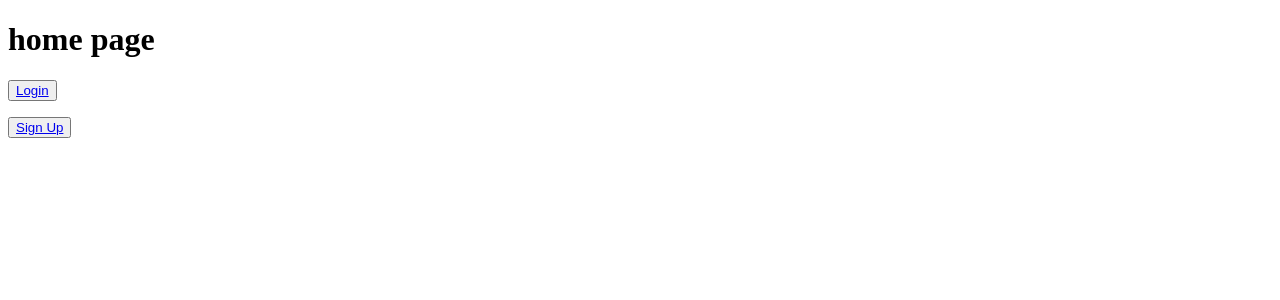
Repository: Styner-JEON/event
Page: / (app in frontend/)
These files come from the project's save history. The page is drawn as it stood at one moment and after a run of saves; the edit follows.
The browser window is 1280 px wide. The pictures show the whole page.
The project was rebuilt for these pictures with package versions that can differ from the ones it lists, and the page was loaded fresh each time. The framework's server and built-in components were replaced by stand-ins that run in the browser. Also part of the build but not shown: frontend/next.config.ts.

Above is the page before, as saved 2025-04-16 16:25:23.

After the next 2 saves:
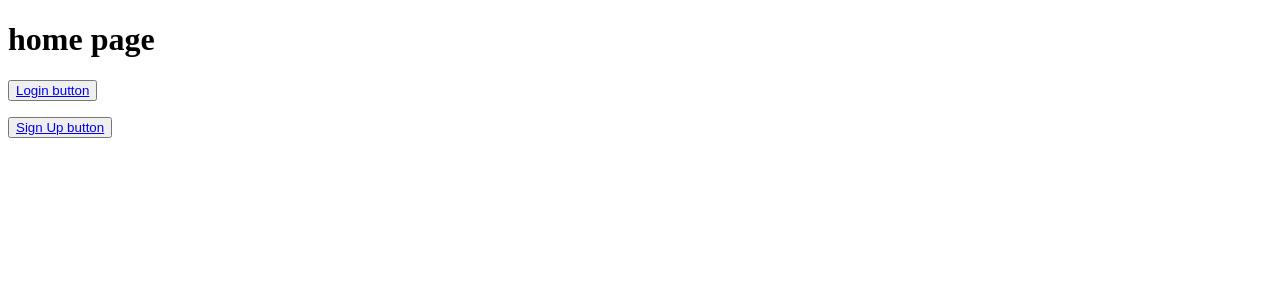
The 2 saves are shown as one change because they came seconds apart.
The last was saved 7 s later.
--- a/frontend/src/app/(home)/page.tsx
+++ b/frontend/src/app/(home)/page.tsx
@@ -11,12 +11,12 @@ export default function Home() {
       <section>
         <p>
           <button>
-            <Link href="/login">Login</Link>
+            <Link href="/login">Login button</Link>
           </button>
         </p>
         <p>
           <button>
-            <Link href="/signup">Sign Up</Link>
+            <Link href="/signup">Sign Up button</Link>
           </button>
         </p>
         {/* <Cookies /> */}
